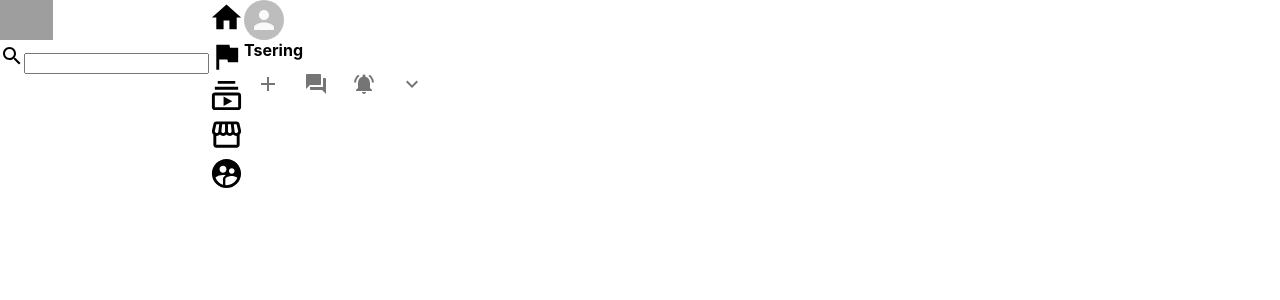
Repository: exiled-kal/FaceBook
Page: /
The author's editor kept a copy of each file at every save. The page is drawn from the files as they stood at one save, then again after the next save.
The browser window is 1280 px wide. The pictures show the whole page.
Pictures or frames that could not be fetched are drawn as grey boxes. The project was rebuilt for these pictures with package versions that can differ from the ones it lists, and the page was loaded fresh each time. Also part of the build but not shown: src/App.css.

Above is the page before, as saved 2020-08-29 21:46:58.

After the next save:
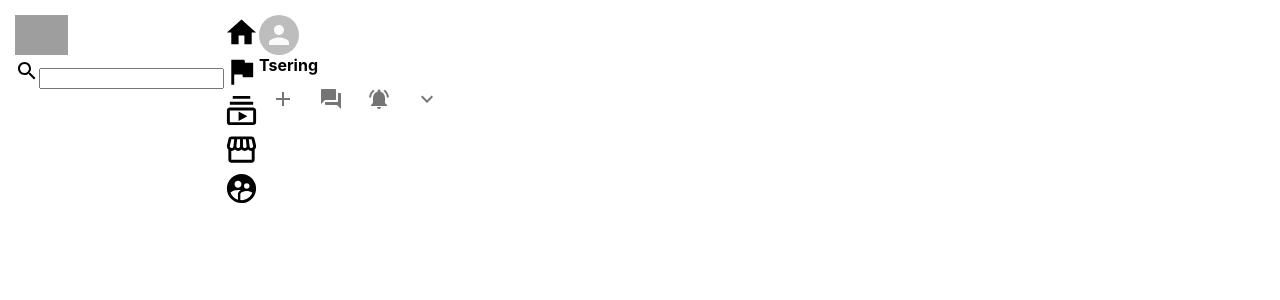
Saved 16 s later.
--- a/src/Header.css
+++ b/src/Header.css
@@ -1,10 +1,8 @@
 .header {
-    display: flex;
-
+  display: flex;
+  padding: 15px;
 }
-
 
 .header__left > img {
   height: 40px;
-
 }
